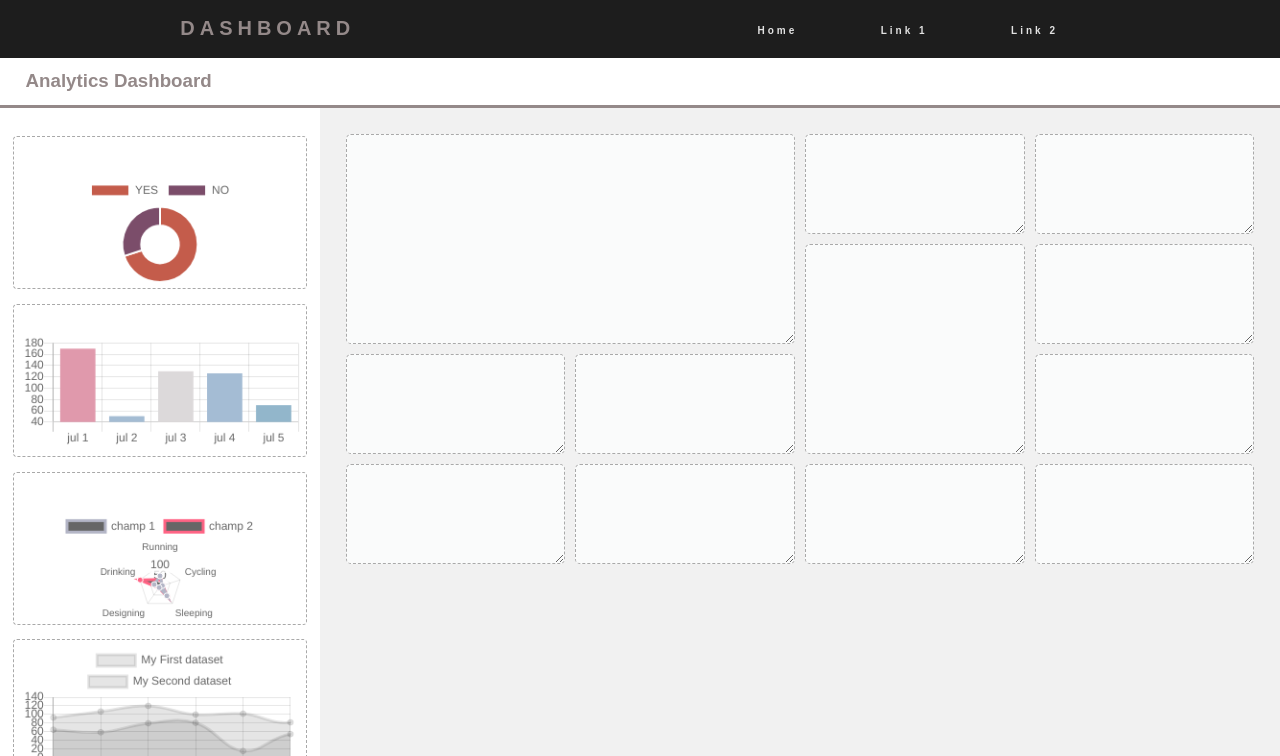
Repository: nourabdelhakam/drag-drop
Page: index.html
These files come from the project's save history. The page is drawn as it stood at one moment and after the next save; the edit follows.
The browser window is 1280 px wide. The pictures show the whole page.
Some web libraries are served in a nearby version.

Above is the page before, as saved 2020-07-05 01:58:13.

After the next save:
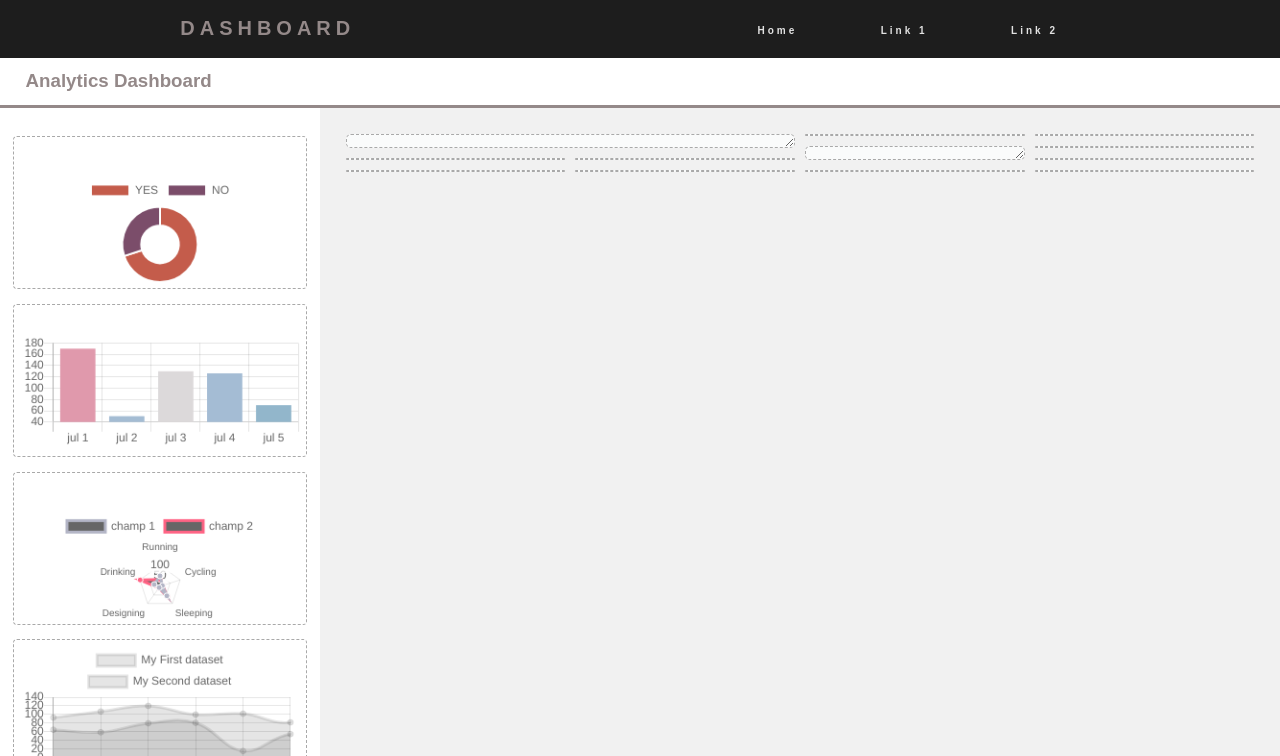
Saved 3 min 0 s later.
--- a/css/main.css
+++ b/css/main.css
@@ -65,7 +65,7 @@
 .wrapper {
   display: grid;
   grid-template-columns: repeat(4, 1fr);
-  grid-auto-rows: 100px;
+  grid-auto-rows: auto;
   grid-gap: 10px;
 }
  .wrapper div:nth-child(2) {

After the save that followed:
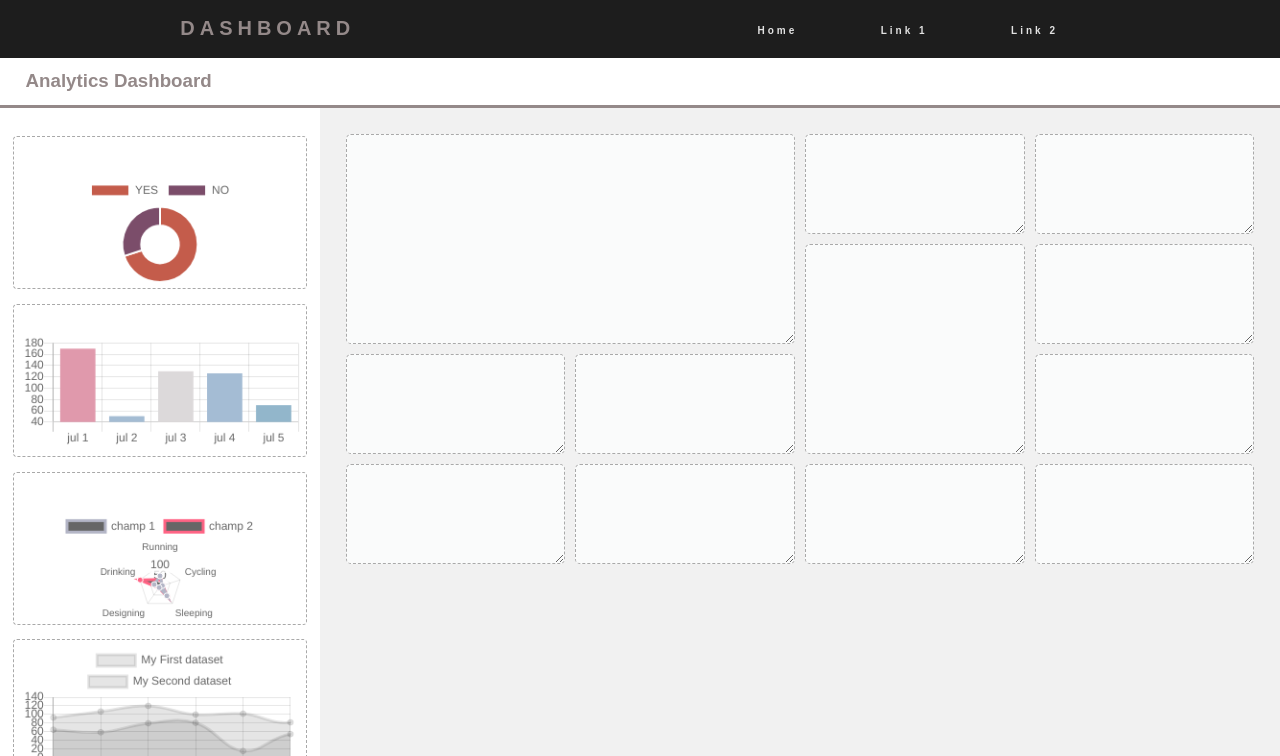
Saved 21 s later.
--- a/css/main.css
+++ b/css/main.css
@@ -64,8 +64,8 @@
 }
 .wrapper {
   display: grid;
-  grid-template-columns: repeat(4, 1fr);
-  grid-auto-rows: auto;
+  grid-template-columns: auto auto auto auto;
+  grid-auto-rows: 100px;
   grid-gap: 10px;
 }
  .wrapper div:nth-child(2) {
